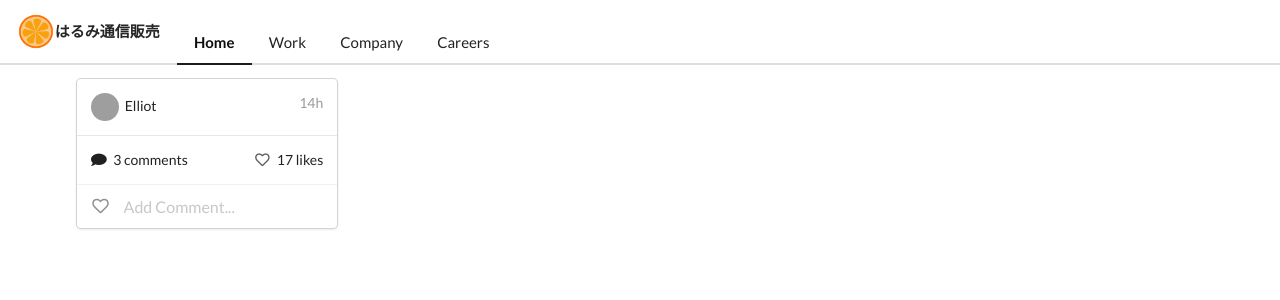
Repository: houki-sam/eclipse
Page: http://localhost/chocobanana/
An editor plug-in stored every save of this project. The page is shown before and after the next save, followed by the edit.
The browser window is 1280 px wide. The pictures show the whole page.
Pictures or frames that could not be fetched are drawn as grey boxes. Some web libraries are served in a nearby version. The page is served by Tomcat 9. Nobody is signed in. The application's start-up code is not run.

Above is the page before, as saved 2020-07-12 10:59:44.

After the next save:
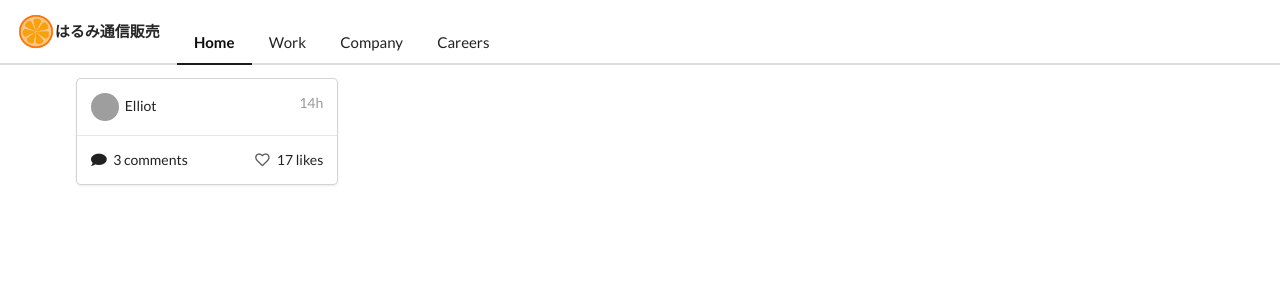
Saved 62 s later.
--- a/chocobanana/WebContent/index.jsp
+++ b/chocobanana/WebContent/index.jsp
@@ -21,12 +21,6 @@
 	    <i class="comment icon"></i>
 	    3 comments
 	  </div>
-	  <div class="extra content">
-	    <div class="ui large transparent left icon input">
-	      <i class="heart outline icon"></i>
-	      <input type="text" placeholder="Add Comment...">
-	    </div>
-	  </div>
 	</div>
   </div>
   <div class="four wide column"></div>
